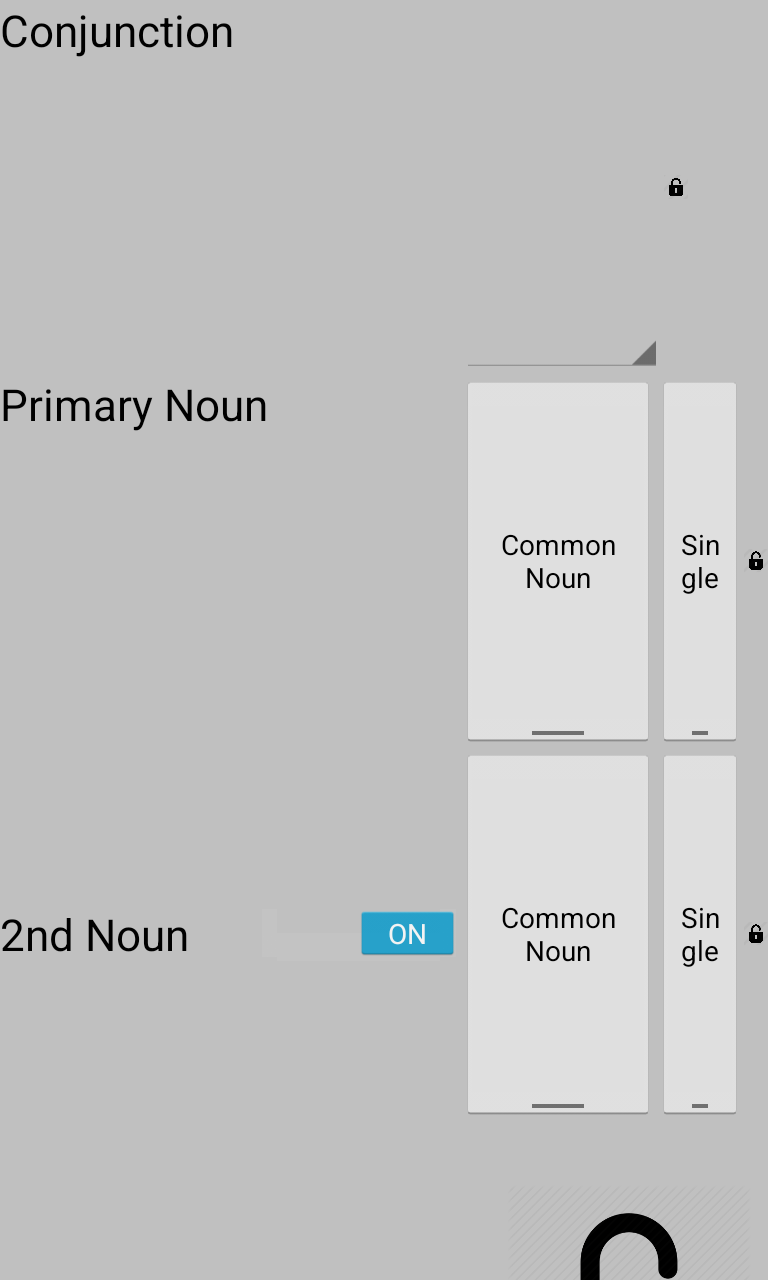
Repository: TheDizzler/TableTopTools
Layout: RPGTools/res/layout/fragment_cause_controls.xml
An editor plug-in stored every save of this project. The layout is shown before and after the next save, followed by the edit.
It is drawn on a 768 x 1280 px phone screen (xhdpi) without system bars, with theme AppTheme; the app's code is not run.

Above is the layout before, as saved 2017-03-22 09:20:15.

### RPGTools/res/layout/fragment_cause_controls.xml
<?xml version="1.0" encoding="utf-8"?>
<TableLayout xmlns:android="http://schemas.android.com/apk/res/android"
    android:layout_width="match_parent"
    android:layout_height="match_parent"
    android:background="#C0C0C0"
    android:measureWithLargestChild="true"
    android:orientation="vertical"
    android:dividerPadding="10dp"
    android:showDividers="beginning"
    android:weightSum="6" >

    <TableRow
        android:id="@+id/tableRow1_cause"
        android:layout_width="match_parent"
        android:layout_height="wrap_content"
        android:showDividers="beginning"
        android:dividerPadding="10dp"
        android:layout_weight="1"
        android:weightSum="4" >

        <TextView
            android:id="@+id/textView1"
            android:layout_height="match_parent"
            android:layout_width="wrap_content"
            android:layout_span="1"
            android:layout_weight="1"
            android:text="Conjunction"
            android:textAppearance="?android:attr/textAppearanceLarge" />

        <Spinner
            android:id="@+id/spinner_Conjunctions"
            android:layout_width="wrap_content"
            android:layout_height="match_parent"
            android:layout_weight="2"
            android:layout_span="2" />

        <ImageView
            android:id="@+id/lockBtn_conj"
            android:layout_width="32dp"
            android:layout_height="match_parent"
            android:layout_weight="1"
            android:src="@drawable/unlocked"
            android:layout_span="1" />
    </TableRow>

    <TableRow
        android:id="@+id/tableRow2"
        android:layout_width="match_parent"
        android:layout_height="wrap_content"
        android:layout_weight="1"
        android:weightSum="2" >

        <Switch
            android:id="@+id/switch_primaryAdjective"
            android:layout_width="wrap_content"
            android:layout_height="match_parent"
            android:layout_weight="1"
            android:checked="true"
            android:text="Adjective"
            android:textAppearance="?android:attr/textAppearanceLarge" />

        <Spinner
            android:id="@+id/spinner1"
            android:layout_width="wrap_content"
            android:layout_height="wrap_content" />

        <ImageView
            android:id="@+id/lockBtn_primaryAdj"
            android:layout_width="32dp"
            android:layout_height="match_parent"
            android:layout_weight="1"
            android:src="@drawable/unlocked" />
    </TableRow>

    <TableRow
        android:id="@+id/tableRow3"
        android:layout_width="match_parent"
        android:layout_height="wrap_content"
        android:layout_weight="1"
        android:weightSum="4" >

        <TextView
            android:id="@+id/textView3"
            android:layout_width="wrap_content"
            android:layout_height="match_parent"
            android:layout_weight="1"
            android:text="Primary Noun"
            android:textAppearance="?android:attr/textAppearanceLarge" />

        <ToggleButton
            android:id="@+id/toggleBtn_primaryNounProper"
            android:layout_width="wrap_content"
            android:layout_height="match_parent"
            android:layout_weight="1"
            android:textOff="Common Noun"
            android:textOn="Proper Noun" />

        <ToggleButton
            android:id="@+id/toggleBtn_primaryNounPlural"
            android:layout_width="wrap_content"
            android:layout_height="match_parent"
            android:layout_weight="1"
            android:textOff="Single"
            android:textOn="Plural" />

        <ImageView
            android:id="@+id/lockBtn_primaryNoun"
            android:layout_width="32dp"
            android:layout_height="match_parent"
            android:layout_weight="1"
            android:src="@drawable/unlocked" />
    </TableRow>

    <TableRow
        android:id="@+id/tableRow4"
        android:layout_width="match_parent"
        android:layout_height="wrap_content"
        android:layout_weight="1"
        android:weightSum="4" >

        <Switch
            android:id="@+id/switch_secondaryNoun"
            android:layout_width="wrap_content"
            android:layout_height="match_parent"
            android:layout_weight="1"
            android:checked="true"
            android:text="2nd Noun"
            android:textAppearance="?android:attr/textAppearanceLarge" />

        <ToggleButton
            android:id="@+id/toggleBtn_secondaryNounProper"
            android:layout_width="wrap_content"
            android:layout_height="match_parent"
            android:layout_weight="1"
            android:textOff="Common Noun"
            android:textOn="Proper Noun" />

        <ToggleButton
            android:id="@+id/toggleBtn_secondaryNounPlural"
            android:layout_width="wrap_content"
            android:layout_height="match_parent"
            android:layout_weight="1"
            android:textOff="Single"
            android:textOn="Plural" />

        <ImageView
            android:id="@+id/lockBtn_secondaryNoun"
            android:layout_width="32dp"
            android:layout_height="match_parent"
            android:layout_weight="1"
            android:src="@drawable/unlocked" />
    </TableRow>

    <TableRow
        android:id="@+id/tableRow5"
        android:layout_width="match_parent"
        android:layout_height="wrap_content"
        android:layout_weight="1"
        android:weightSum="4" >

        <Switch
            android:id="@+id/switch_secondaryAdjective"
            android:layout_width="wrap_content"
            android:layout_height="match_parent"
            android:layout_weight="1"
            android:checked="true"
            android:text="2nd Adjective"
            android:textAppearance="?android:attr/textAppearanceLarge" />

        <ImageView
            android:id="@+id/lockBtn_secondaryAdjective"
            android:layout_width="32dp"
            android:layout_height="match_parent"
            android:layout_weight="1"
            android:src="@drawable/unlocked" />
    </TableRow>

    <TableRow
        android:id="@+id/tableRow6"
        android:layout_width="match_parent"
        android:layout_height="wrap_content"
        android:layout_weight="1"
        android:weightSum="4" >

        <TextView
            android:id="@+id/textView_causeVerb"
            android:layout_width="wrap_content"
            android:layout_height="match_parent"
            android:text="Verb"
            android:layout_weight="3"
            android:textAppearance="?android:attr/textAppearanceLarge" />

        <ImageView
            android:id="@+id/lockBtn_causeVerb"
            android:layout_width="32dp"
            android:layout_height="match_parent"
            android:layout_weight="1"
            android:src="@drawable/unlocked" />
    </TableRow>

</TableLayout>

Loaded but not shown: RPGTools/res/values/styles.xml (common file); RPGTools/res/values-v11/styles.xml (common file); RPGTools/res/values-v14/styles.xml (common file)

After the next save:
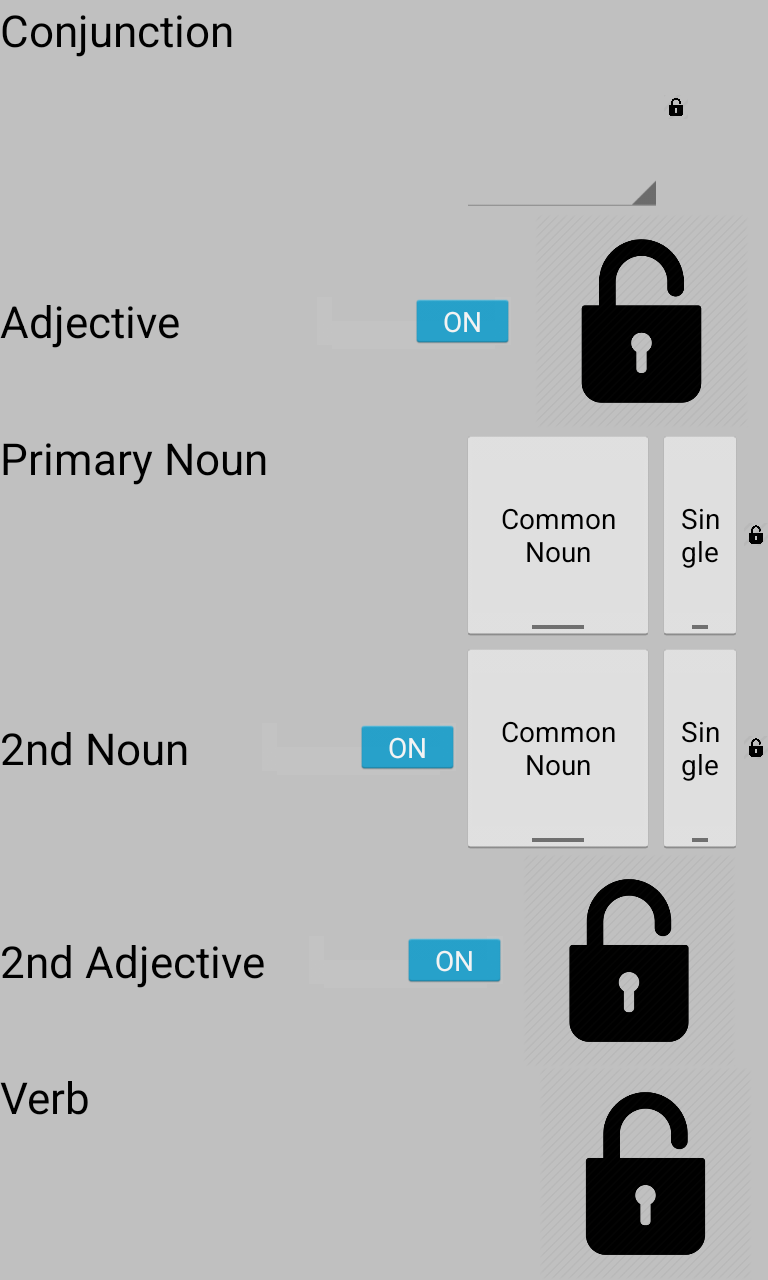
Saved 34 s later.
--- a/RPGTools/res/layout/fragment_cause_controls.xml
+++ b/RPGTools/res/layout/fragment_cause_controls.xml
@@ -55,21 +55,18 @@
             android:layout_width="wrap_content"
             android:layout_height="match_parent"
             android:layout_weight="1"
+            android:layout_span="1"
             android:checked="true"
             android:text="Adjective"
             android:textAppearance="?android:attr/textAppearanceLarge" />
-
-        <Spinner
-            android:id="@+id/spinner1"
-            android:layout_width="wrap_content"
-            android:layout_height="wrap_content" />
 
         <ImageView
             android:id="@+id/lockBtn_primaryAdj"
             android:layout_width="32dp"
             android:layout_height="match_parent"
             android:layout_weight="1"
-            android:src="@drawable/unlocked" />
+            android:src="@drawable/unlocked"
+            android:layout_span="1" />
     </TableRow>
 
     <TableRow
